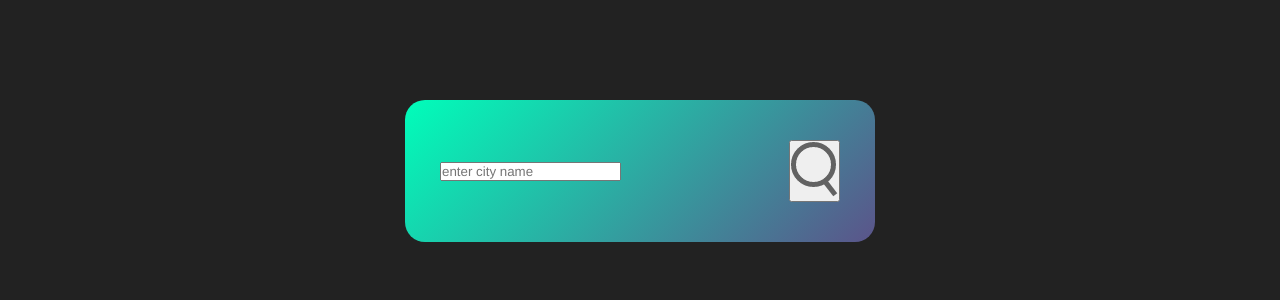
Repository: sodmaq/weatherApp
Page: index.html
These files come from the project's save history. The page is drawn as it stood at one moment and after a run of saves; the edit follows.
The browser window is 1280 px wide. The pictures show the whole page.

Above is the page before, as saved 2023-06-24 22:03:56.

After the next 3 saves:
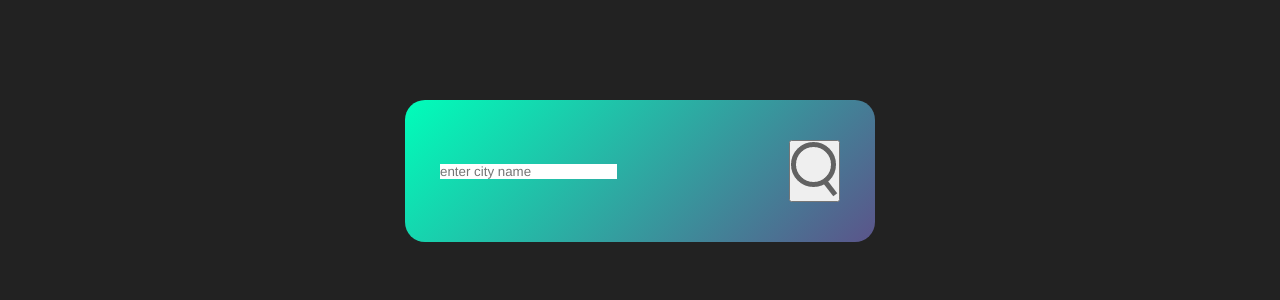
The 3 saves are shown as one change because they came seconds apart.
The last was saved 13 s later.
--- a/style.css
+++ b/style.css
@@ -24,3 +24,7 @@ body {
     align-items: center;
     justify-content: space-between;
 }
+
+.search input{
+    border: 0;
+}
